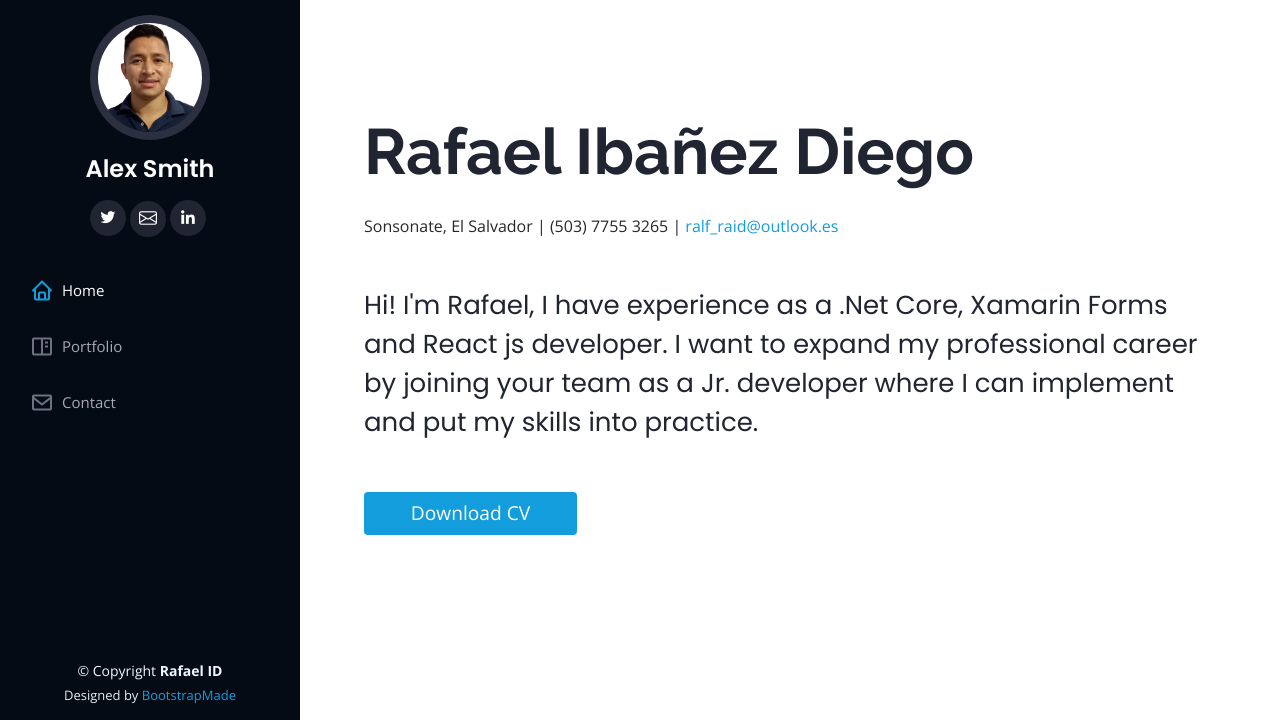
Repository: ralfId/myportfolio
Page: /
These files come from the project's save history. The page is drawn as it stood at one moment and after the next save; the edit follows.
The browser window is 1280 px wide. The pictures show the whole page.
The pointer rests on the first visible `#hero button`.
The project was rebuilt for these pictures with package versions that can differ from the ones it lists, and the page was loaded fresh each time. Also part of the build but not shown: src/data/projects.js, src/components/Projects/ProjectItem.js, src/components/Projects/ProjectIndex.js, src/helpers/ProjectById.js, src/components/Projects/ProjectDetail.js.

Above is the page before, as saved 2021-09-20 16:17:29.

After the next save:
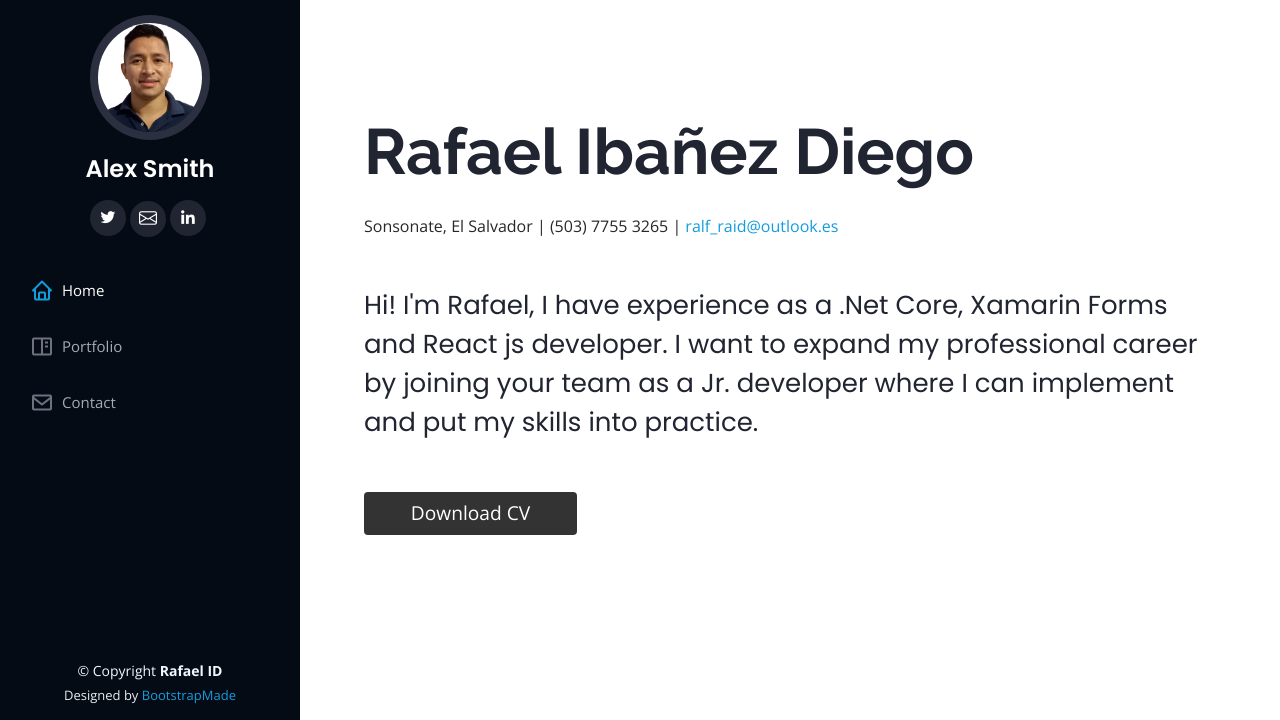
Saved 79 s later.
--- a/public/css/style.css
+++ b/public/css/style.css
@@ -271,7 +271,7 @@ h1, h2, h3, h4, h5, h6 {
   font-weight: bold;
 }
 #hero button:hover {
-  background: #149ddd;
+  background: #333;
   color: #fff;
 }
 
